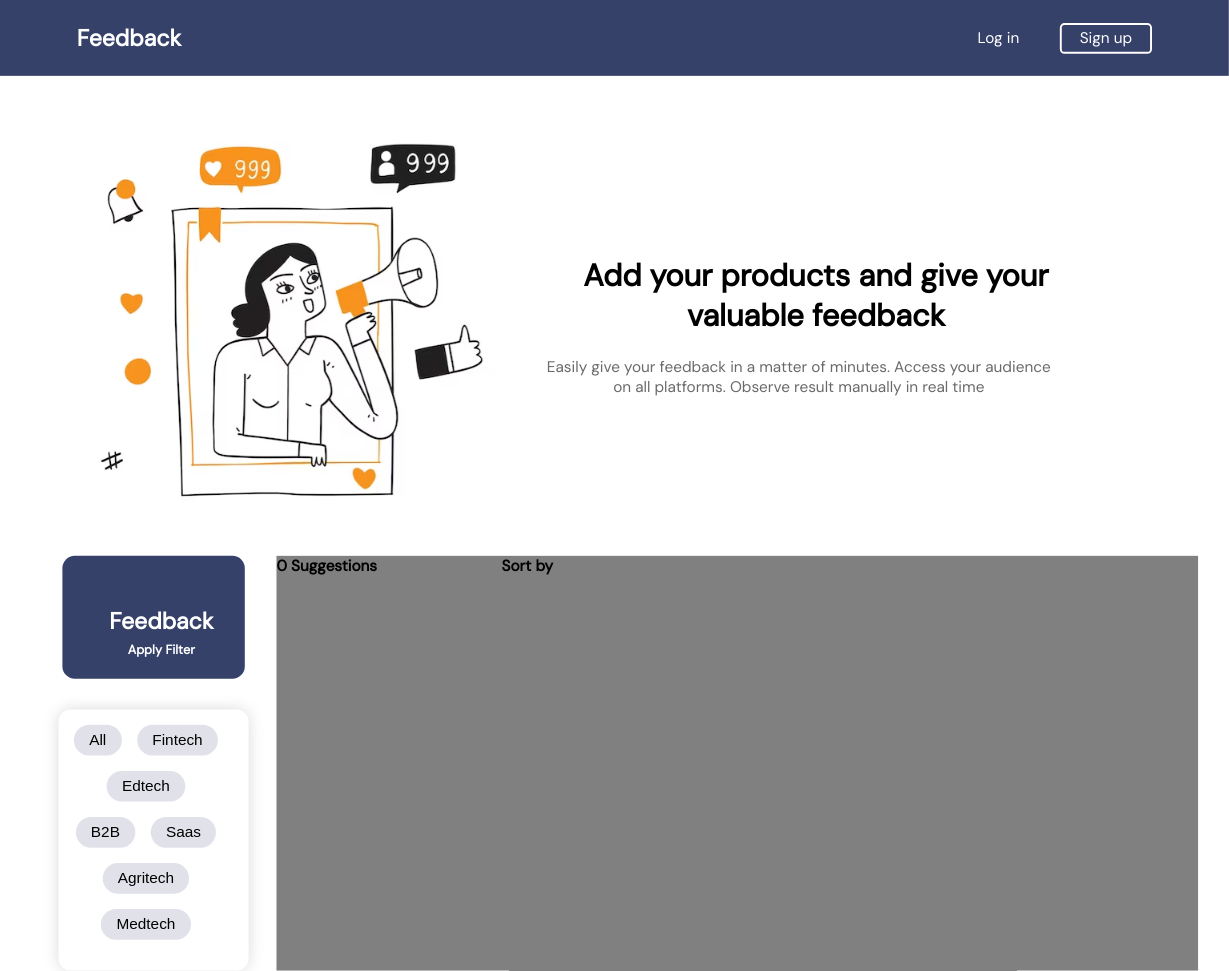
Repository: drumsmanku/final-evaluation-test
Page: / (app in client/)
These files come from the project's save history. The page is drawn as it stood at one moment and after the next save; the edit follows.
The browser window is 1280 px wide. The pictures show the whole page, at 96% of full size.
The page's requests for data from a server got no answer. The project was rebuilt for these pictures with package versions that can differ from the ones it lists, and the page was loaded fresh each time. No one was signed in, and anything a server would have sent is missing.

Above is the page before, as saved 2023-07-29 14:26:13.

After the next save:
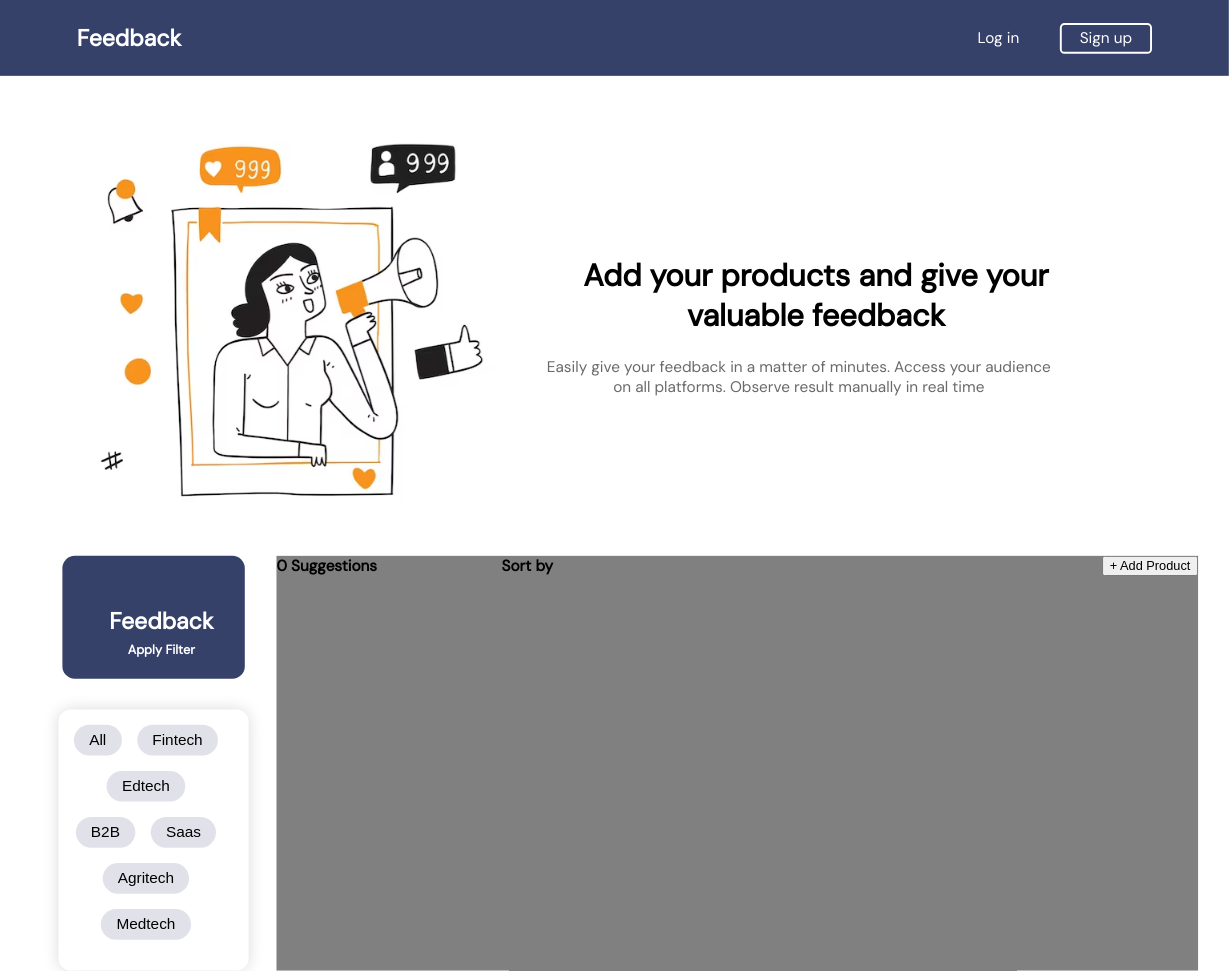
Saved 27 s later.
--- a/client/src/Components/MainPage.js
+++ b/client/src/Components/MainPage.js
@@ -101,6 +101,7 @@ function MainPage() {
 
               </span>
             </div>
+            <button className='add-product-button'>+ Add Product</button>
           </div>
         </div>
       </div>
